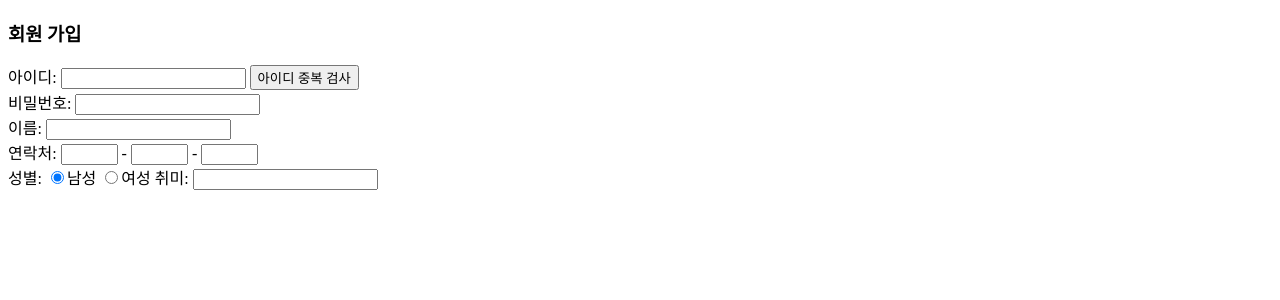
Repository: SJM7301/KH-JSP
Page: http://localhost/JSPBook/ch06/form04.jsp
An editor plug-in stored every save of this project. The page is shown before and after the next save, followed by the edit.
The browser window is 1280 px wide. The pictures show the whole page.
The page is served by Tomcat 10. Other server files are loaded and not shown.

Above is the page before, as saved 2025-02-05 00:34:50.

### JSPBook/src/main/webapp/ch06/form04.jsp
<%@ page language="java" contentType="text/html; charset=UTF-8"
    pageEncoding="UTF-8"%>
<!DOCTYPE html>
<html>
<head>
<meta charset="UTF-8">
<title>Insert title here</title>
</head>
<body>
	<h3>회원 가입</h3>
	<form action="#" name="member" method="post">
		<p>
			아이디: <input type="text" name="id"> <input type="button" value="아이디 중복 검사"> <br>
			비밀번호: <input type="password" name="passwd"> <br>
			이름: <input type="text" name="name"> <br>
			연락처: <input type="text" maxlength="4" size="4" name="phone1">
				- <input type="text" maxlength="4" size="4" name="phone2">
				- <input type="text" maxlength="4" size="4" name="phone3"> <br>
			성별: <input type="radio" name="sex" value="남성" checked>남성
				<input type="radio" name="sex" value="여성">여성
			취미: <input type="text">

		</p>
	</form>
</body>
</html>

After the next save:
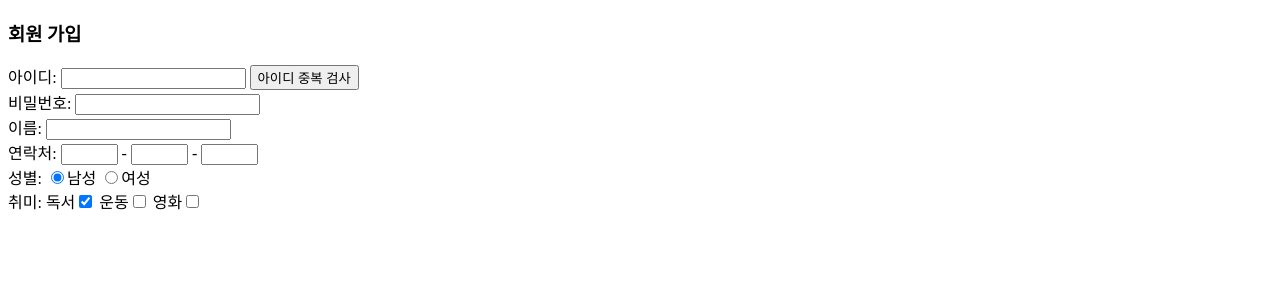
Saved 92 s later.
--- a/JSPBook/src/main/webapp/ch06/form04.jsp
+++ b/JSPBook/src/main/webapp/ch06/form04.jsp
@@ -17,8 +17,10 @@
 				- <input type="text" maxlength="4" size="4" name="phone2">
 				- <input type="text" maxlength="4" size="4" name="phone3"> <br>
 			성별: <input type="radio" name="sex" value="남성" checked>남성
-				<input type="radio" name="sex" value="여성">여성
-			취미: <input type="text">
+				<input type="radio" name="sex" value="여성">여성<br>
+			취미: 독서<input type="checkbox" name="hobby1" checked>
+				운동<input type="checkbox" name="hobby2">
+				영화<input type="checkbox" name="hobby3"><br>
 
 		</p>
 	</form>
